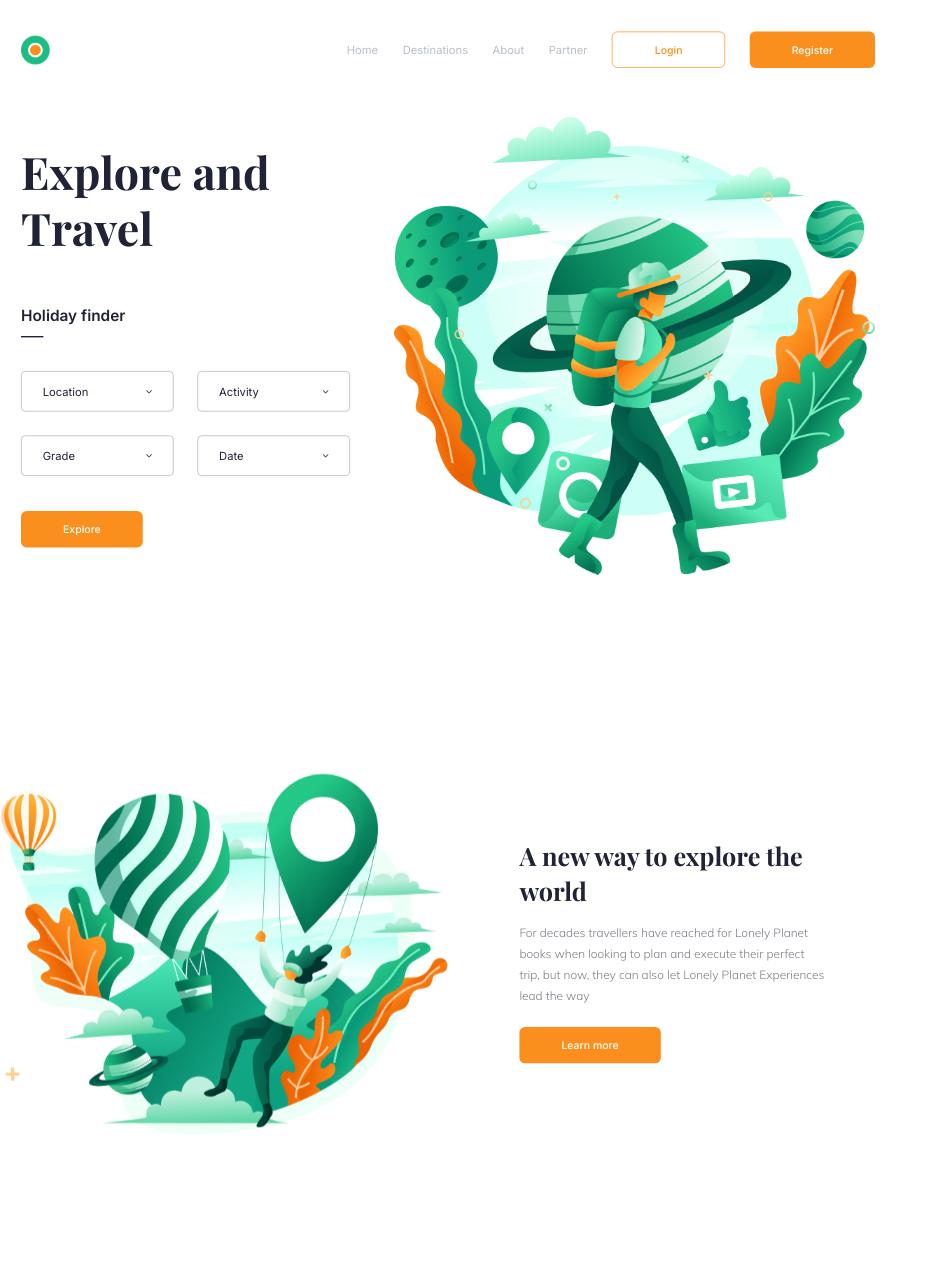
Repository: Quocdev03/Sunny-Landing-Page
Page: index.html
These files come from the project's save history. The page is drawn as it stood at one moment and after the next save; the edit follows.
The browser window is 1280 px wide. The page is 1335 px wide, so the pictures cover 1335 px, including what lies to the right of the window. The pictures show the part of the page from y = 0 to 1840 px (the page is 5302 px tall before and 5318 px after), at 70% of full size.
The style sheet was rebuilt from its Sass, Less or Tailwind sources for each picture, by a compiler version that may differ from the author's.

Above is the page before, as saved 2022-12-15 10:47:42.

After the next save:
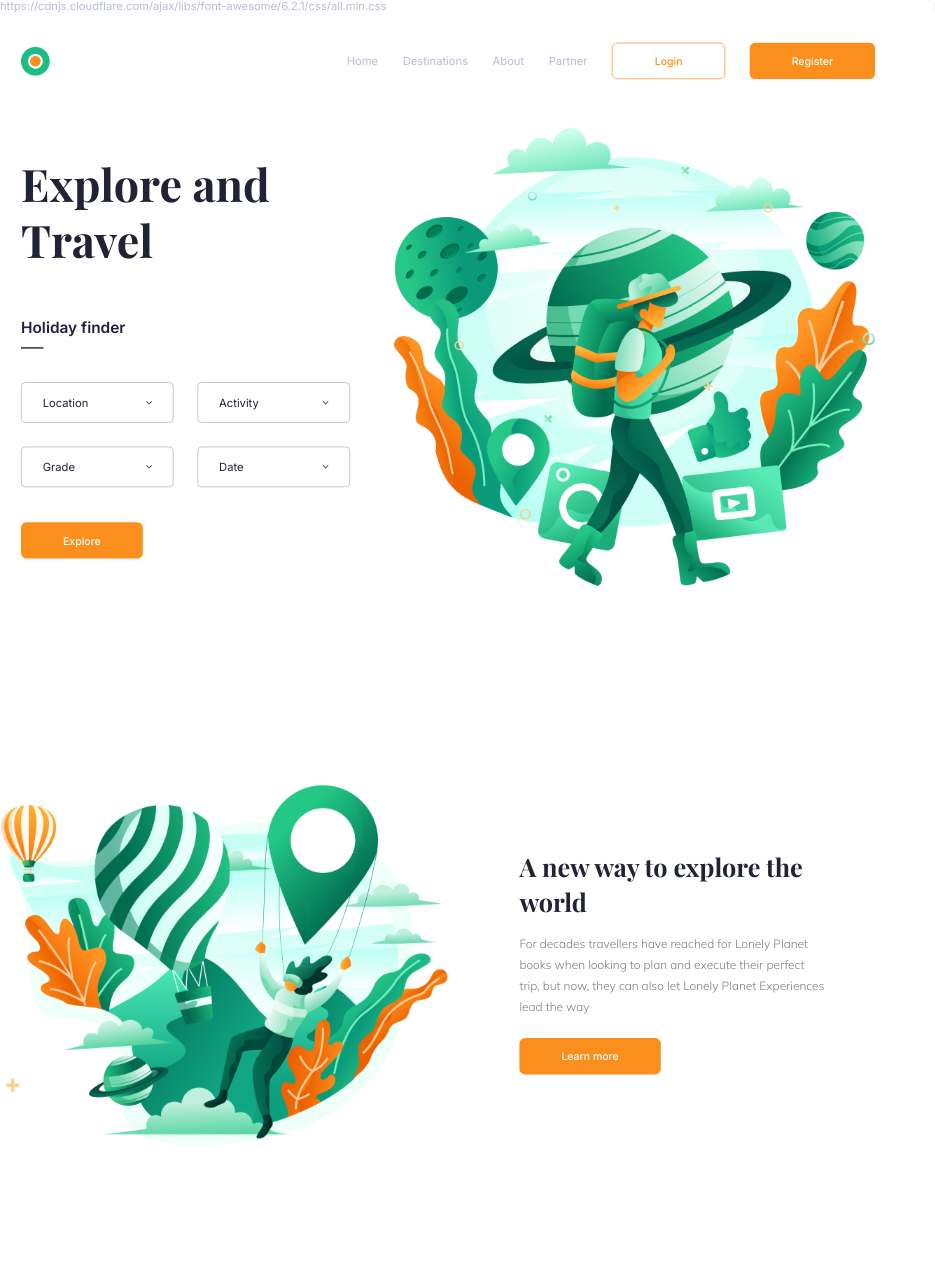
Saved 11 days later.
--- a/index.html
+++ b/index.html
@@ -9,7 +9,7 @@
     <link rel="preconnect" href="https://fonts.gstatic.com" crossorigin />
     <link
         href="https://fonts.googleapis.com/css2?family=Inter:wght@400;500;600&family=Mulish:wght@300;700&family=Playfair+Display:wght@700&display=swap"
-        rel="stylesheet" />
+        rel="stylesheet" />https://cdnjs.cloudflare.com/ajax/libs/font-awesome/6.2.1/css/all.min.css
     <link rel="stylesheet" href="./Asset/css/all.min.css">
     <link rel="stylesheet" href="./Asset/css/app.css">
     <link rel="icon" href="./Asset/images/logo.png" type="image/x-icon" />

After the save that followed:
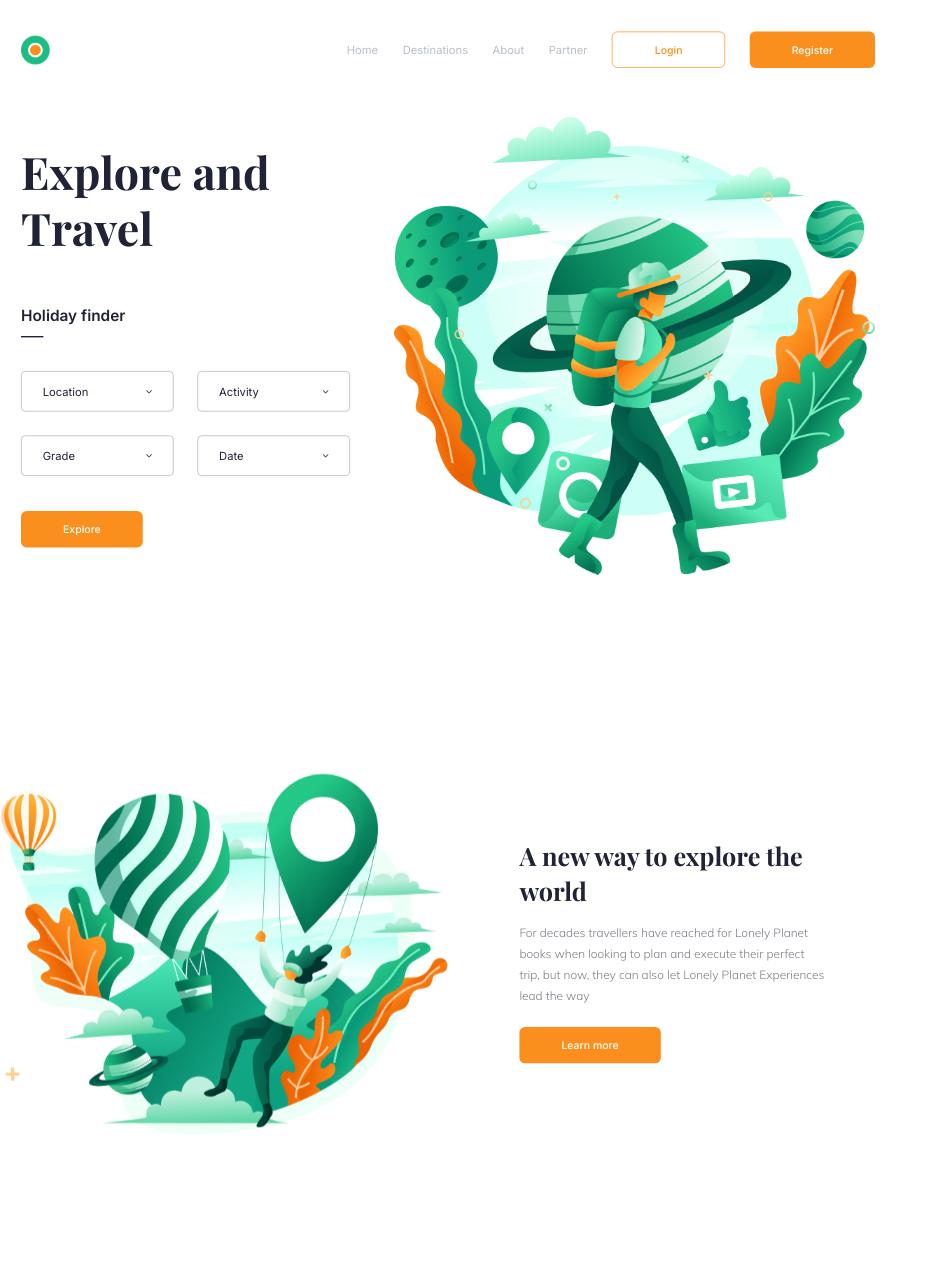
Saved 6 s later.
--- a/index.html
+++ b/index.html
@@ -9,7 +9,8 @@
     <link rel="preconnect" href="https://fonts.gstatic.com" crossorigin />
     <link
         href="https://fonts.googleapis.com/css2?family=Inter:wght@400;500;600&family=Mulish:wght@300;700&family=Playfair+Display:wght@700&display=swap"
-        rel="stylesheet" />https://cdnjs.cloudflare.com/ajax/libs/font-awesome/6.2.1/css/all.min.css
+        rel="stylesheet" />
+    <link rel="stylesheet" href="https://cdnjs.cloudflare.com/ajax/libs/font-awesome/6.2.1/css/all.min.css">
     <link rel="stylesheet" href="./Asset/css/all.min.css">
     <link rel="stylesheet" href="./Asset/css/app.css">
     <link rel="icon" href="./Asset/images/logo.png" type="image/x-icon" />
